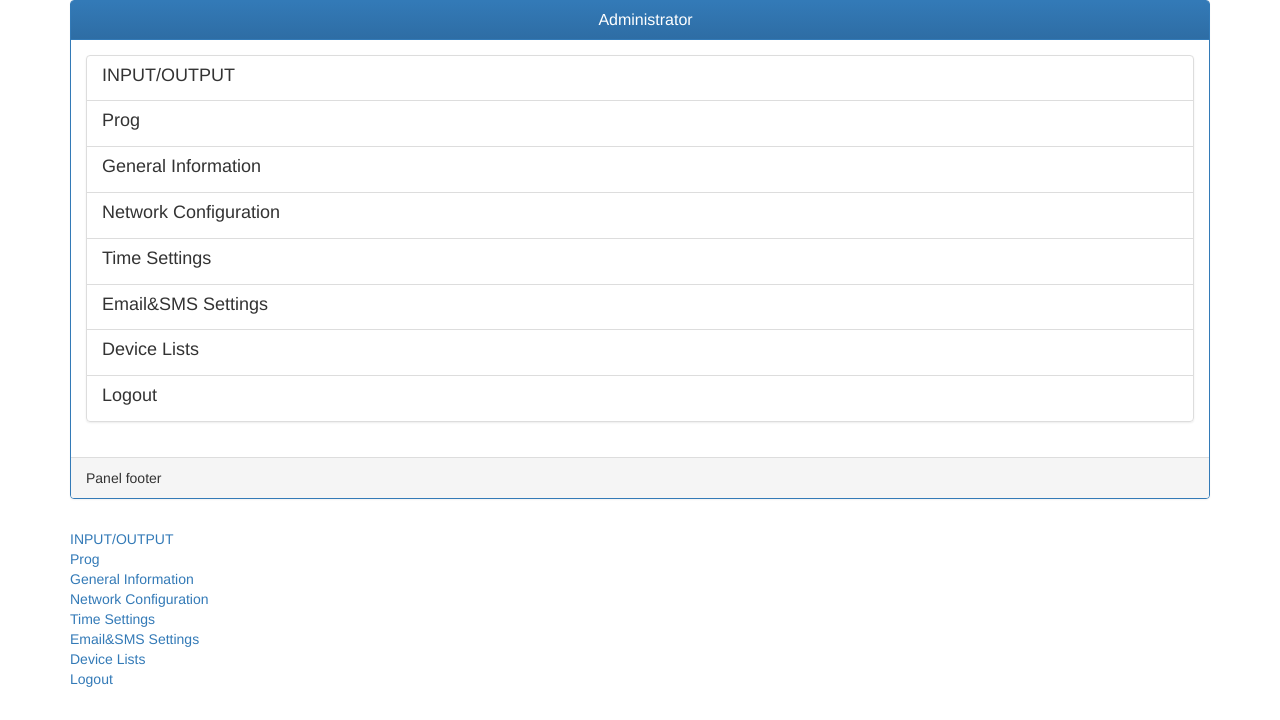
Repository: binhpham1909/EclipseCpp
Page: SwitchControler_v1/HTMLSource/admin.html
An editor plug-in stored every save of this project. The page is shown before and after the next save, followed by the edit.
The browser window is 1280 px wide. The pictures show the whole page.
The page's requests for data from a server got no answer.

Above is the page before, as saved 2017-02-09 09:03:00.

After the next save:
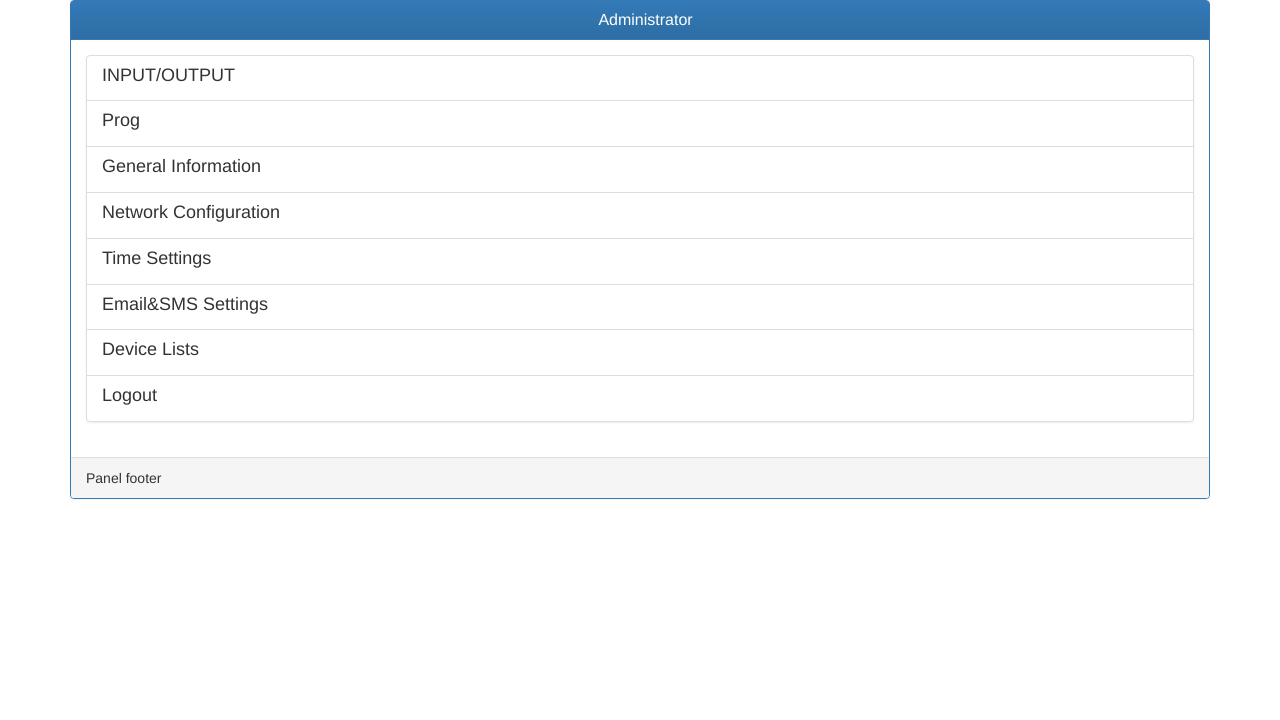
Saved 8 s later.
--- a/SwitchControler_v1/HTMLSource/admin.html
+++ b/SwitchControler_v1/HTMLSource/admin.html
@@ -55,16 +55,6 @@
 		</div>
 	</div>
 </div>
-<div class="container">
-	<div class="eleven twelve"><h5 id="deviceName" style="text-align: center;"> </h5></div>
-	<div><a class="button button-primary buttonWidth" href="gpio.html">INPUT/OUTPUT</a></div>
-	<div><a class="button button-primary buttonWidth" href="prog.html">Prog</a></div>
-	<div><a class="button button-primary buttonWidth" href="general.html">General Information</a></div>
-	<div><a class="button button-primary buttonWidth" href="network.html">Network Configuration</a></div>
-	<div><a class="button button-primary buttonWidth" href="time.html">Time Settings</a></div>
-	<div><a class="button button-primary buttonWidth" href="email.html">Email&amp;SMS Settings</a></div>
-	<div><a class="button button-primary buttonWidth" href="device.html">Device Lists</a></div>
-	<div><a class="button button-primary buttonWidth" href="logout">Logout</a></div>
 <script>
 $(function() {
 	$.getJSON("/getdeviceinfo", function(obj) {
